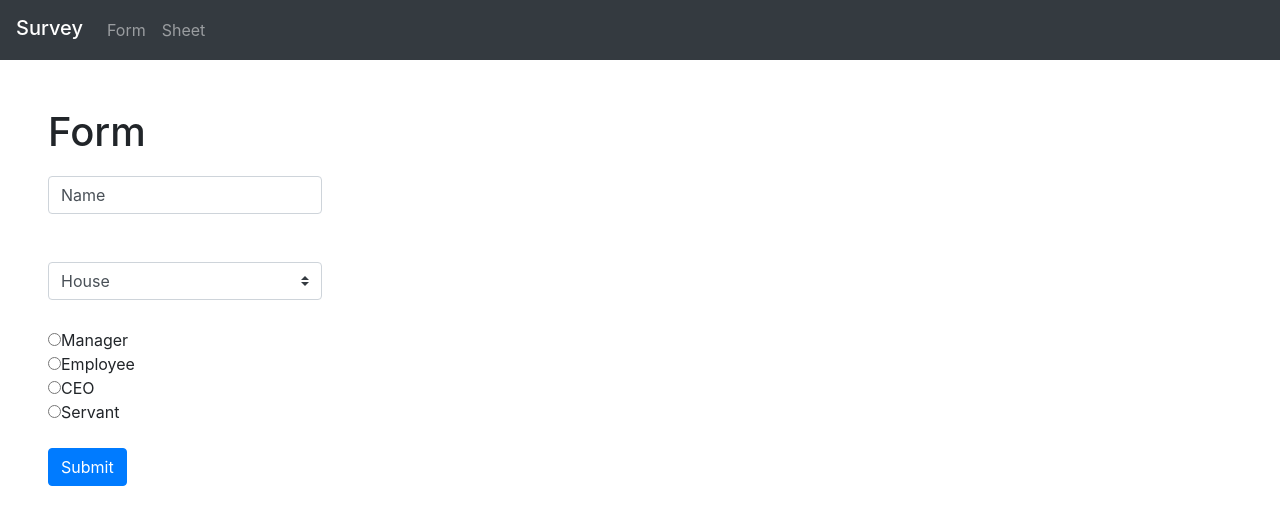
Repository: bahgaat/cs50
Page: http://localhost/form
The author's editor kept a record of every edit. The page is drawn from the files as they stood at one moment, then again after the next edit.
The browser window is 1280 px wide. The pictures show the whole page.
The page is served by the project's application, run on Flask 3 (pset7/survey/application.py).

Above is the page before.

After the next edit:
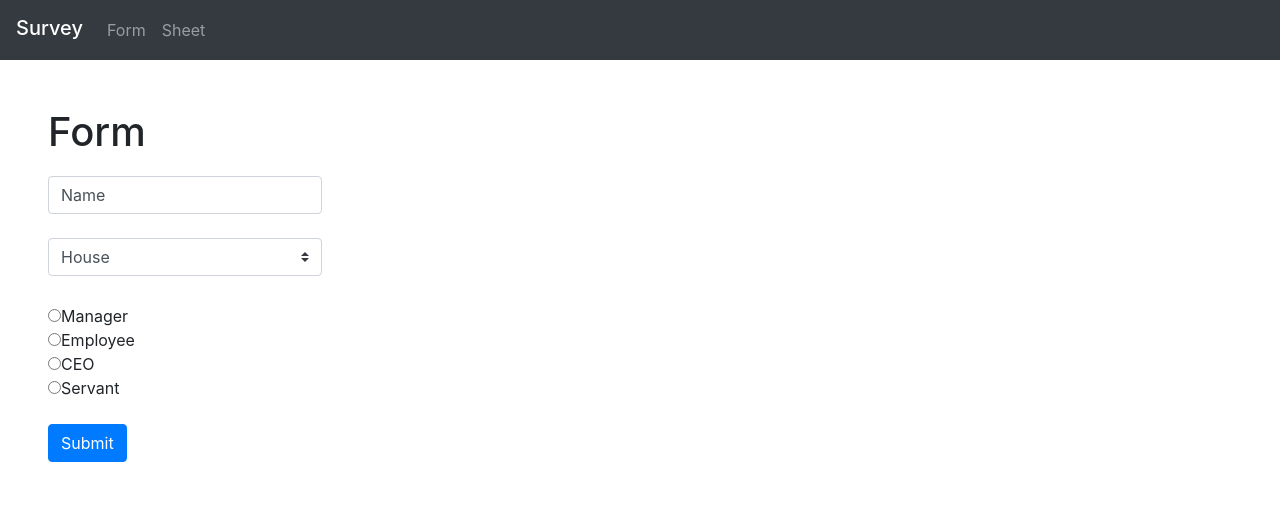
The edit:
--- a/environment/pset7/survey/templates/form.html
+++ b/environment/pset7/survey/templates/form.html
@@ -9,7 +9,7 @@
     <form onsubmit="return validation()"; action="/form" method="post">
       <div class="form-row align-items-center">
       <div class="col-auto my-1">
-        <input id="name" type="text" class="form-control" name="name" value="Name"><br><br>
+        <input id="name" type="text" class="form-control" name="name" value="Name"><br>
         <label class="mr-sm-2 sr-only" for="inlineFormCustomSelect"></label>
         <select id="house" class="custom-select mr-sm-2">
             <option value=""selected disabled hidden>House</option>
